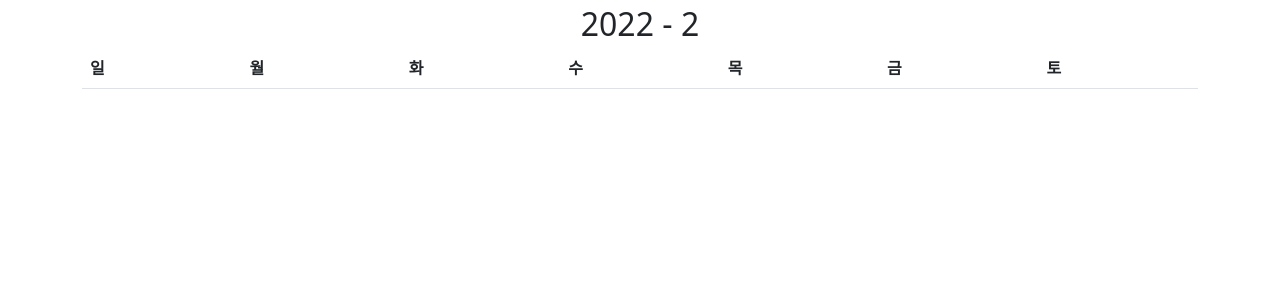
Repository: Visionary1/fullstack-dev-study
Page: http://localhost/Test/lesson02/quiz10.jsp
The author's editor kept a copy of each file at every save. The page is drawn from the files as they stood at one save, then again after a run of saves.
The browser window is 1280 px wide. The pictures show the whole page.
The page is served by Tomcat 9.

Above is the page before, as saved 2022-02-13 16:33:57.

After the next 3 saves:
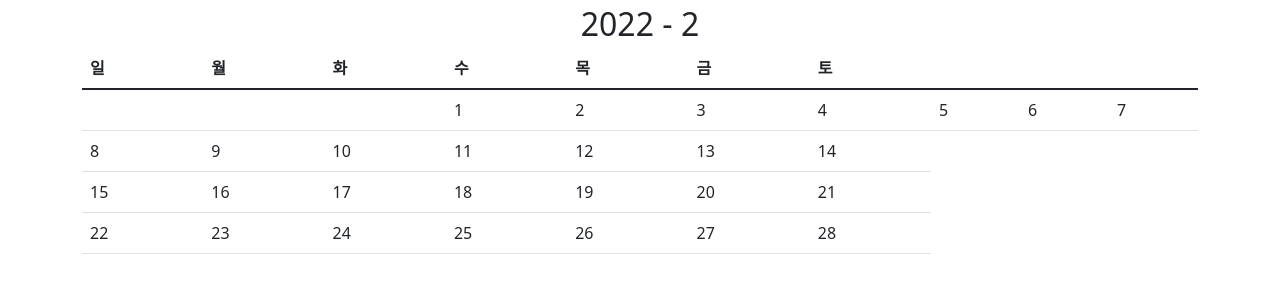
The 3 saves are shown as one change because 1 did not build or start and some came seconds apart.
The last was saved 34 min 30 s later.
--- a/4_servlet/workspace/Test/src/main/webapp/lesson02/quiz10.jsp
+++ b/4_servlet/workspace/Test/src/main/webapp/lesson02/quiz10.jsp
@@ -16,7 +16,7 @@
 	Calendar cal = Calendar.getInstance();
 
 	// 월의 첫날
-	cal.set(Calendar.DAY_OF_MONTH,1);
+	cal.set(Calendar.DAY_OF_MONTH, 1);
 
 	//그 주의 요일 반환 (일:1 ~ 토:7)
 	int week = cal.get(Calendar.DAY_OF_WEEK);
@@ -41,23 +41,54 @@
 
 	<div class="container">
 
-		<div class="fw-light fs-2 text-center"><%=cal.get(Calendar.YEAR) + " - " + Integer.valueOf(cal.get(Calendar.MONTH) + 1) %></div>
+		<div class="fw-light fs-2 text-center"><%=cal.get(Calendar.YEAR) + " - " + Integer.valueOf(cal.get(Calendar.MONTH) + 1)%></div>
 
 		<table class="table">
 			<thead>
 				<tr>
+					<%
+					for (String day : values) {
+					%>
+					<th><%=day%></th>
+
+					<%
+					}
+					%>
+				</tr>
+			</thead>
+			<tbody>
+
 				<%
-				for (String day : values) {
+				int init = 0;
+				for (int i = 0; i < weekSize - 1; i++) {
 				%>
-				<th><%= day %></th>
+				<tr>
+
+					<%
+					for (int j = 0; j < 7; j++) {
+						if (((i * 7) + (j + 1)) > maximumDays) {
+							break;
+						}
+
+						// 현재 달 1일부터 시작하게
+						if (init == 0) {
+							for (int k = 0; k < week; k++) {
+					%>
+					<td></td>
+					<%
+					}
+					init = 1;
+					}
+					%>
+					<td><%=((i * 7) + (j + 1))%></td>
+					<%
+					}
+					%>
+				</tr>
 
 				<%
 				}
 				%>
-				</tr>
-			</thead>
-			<tbody>
-
 
 			</tbody>
 		</table>
